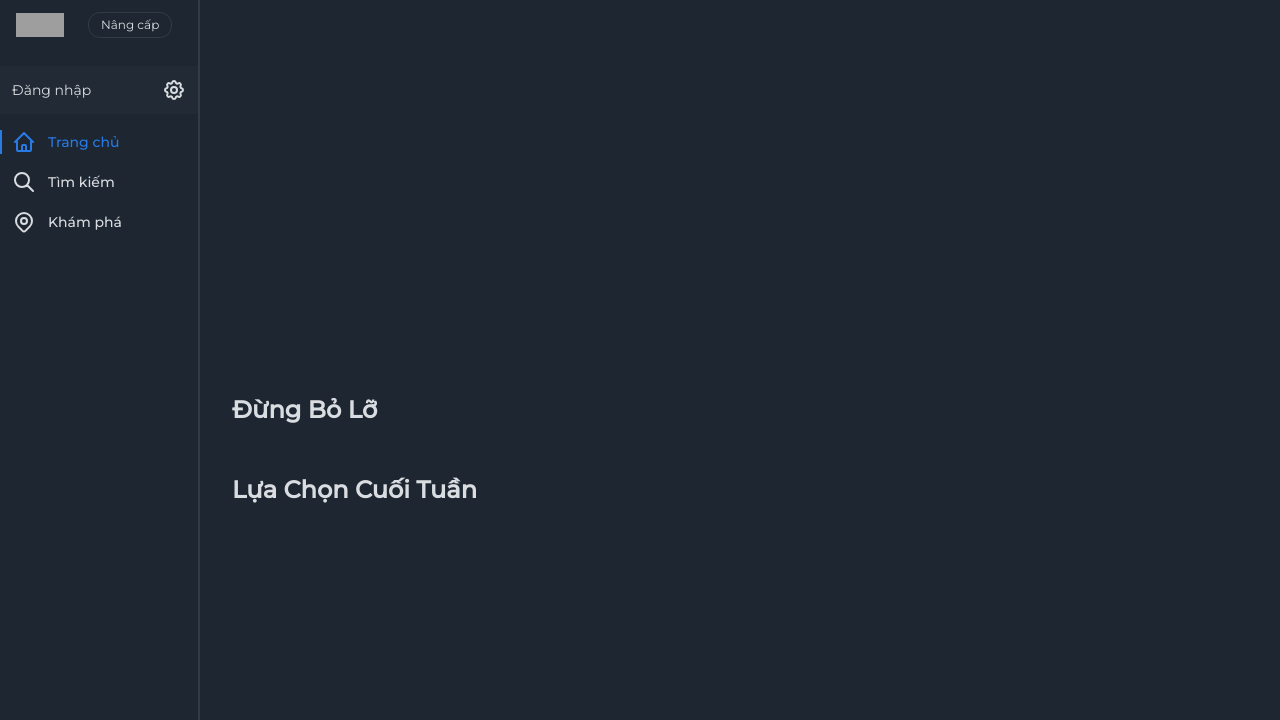
Repository: hoang0508/React-TypeScript-MP3
Page: /
These files come from the project's save history. The page is drawn as it stood at one moment and after the next save; the edit follows.
The browser window is 1280 px wide. The pictures show the whole page.
Pictures or frames that could not be fetched are drawn as grey boxes. The project was rebuilt for these pictures with package versions that can differ from the ones it lists, and the page was loaded fresh each time. Also part of the build but not shown: src/components/icon/IconDots.tsx, src/components/icon/IconDownLoad.tsx, src/components/icon/IconPlay.tsx, src/modules/music/MusicList.scss, src/modules/music/MusicItem.tsx.

Above is the page before, as saved 2022-07-30 14:59:25.

### src/index.tsx
import React from "react";
import ReactDOM from "react-dom/client";
import "./index.scss";
import App from "./App";
import reportWebVitals from "./reportWebVitals";
import { BrowserRouter } from "react-router-dom";
import { Provider } from "react-redux";
import store from "./redux/configureStore";

const root = ReactDOM.createRoot(
  document.getElementById("root") as HTMLElement
);
root.render(
  <Provider store={store}>
    <BrowserRouter>
      <App />
    </BrowserRouter>
  </Provider>
);

// If you want to start measuring performance in your app, pass a function
// to log results (for example: reportWebVitals(console.log))
// or send to an analytics endpoint. Learn more: https://bit.ly/CRA-vitals
reportWebVitals();

### src/index.scss
@import url("https://fonts.googleapis.com/css2?family=Montserrat:wght@300;400;500&display=swap");
@tailwind base;
@tailwind components;
@tailwind utilities;
@layer base {
  body {
    @apply font-primary text-sm font-normal mx-auto bg-bgColor text-text1;
    text-rendering: optimizeLegibility;
    -webkit-font-smoothing: antialiased;
    max-width: 1440px;
  }
  input {
    @apply outline-none;
  }
}

body::-webkit-scrollbar {
  width: 8px;
}

body::-webkit-scrollbar-thumb {
  background-color: #1fa2ff;
  border-radius: 8px;
}

.swiper {
  width: 100%;
  height: 100%;
}

.swiper-slide img {
  display: block;
  width: 100%;
  height: 100%;
  object-fit: cover;
}
.swiper .swiper-button-next,
.swiper-rtl .swiper-button-prev {
  right: 10px;
  left: auto;
  background-color: rgba(244, 246, 248, 0.02) !important;
  color: #fff;
  font-weight: 700;
}

.swiper .swiper-button-prev,
.swiper-rtl .swiper-button-next {
  left: 10px;
  right: auto;
  color: #fff;
  font-weight: 700;
}

.music-list .swiper-slide {
  width: 177px !important;
  height: auto;
}

### src/App.tsx
import React, { lazy, Suspense, useEffect } from "react";
import { useDispatch, useSelector } from "react-redux";
import { Route, Routes } from "react-router-dom";
import { Fetchdata } from "./redux/MusicSlice";
const HomePage = lazy(() => import("./pages/HomePage"));

function App() {
  return (
    <Suspense fallback={<></>}>
      <Routes>
        <Route path="/" element={<HomePage />}></Route>
      </Routes>
    </Suspense>
  );
}

export default App;

### src/redux/configureStore.tsx
import { configureStore, combineReducers } from "@reduxjs/toolkit";
import MusicSlice from "./MusicSlice";

const reducer = combineReducers({
  music: MusicSlice,
});

const store = configureStore({
  reducer: reducer,
  middleware: (getDefaultMiddleware) =>
    getDefaultMiddleware({
      serializableCheck: false,
    }).concat(),
});

export default store;

### src/pages/HomePage.tsx
import * as React from "react";
import { useDispatch } from "react-redux";
import Gap from "../components/common/Gap";
import HeadingLine from "../components/common/Headingline";
import { LayoutMusicPage } from "../layout/LayoutMusicPage";
import HomeBanner from "../modules/home/HomeBanner";
import MusicListFeed from "../modules/music/MusicListFeed";
import { Fetchdata } from "../redux/MusicSlice";

interface HomePageProps {}

export default function HomePage(props: HomePageProps) {
  const dispatch = useDispatch();
  React.useEffect(() => {
    dispatch(Fetchdata());
  }, [dispatch]);
  return (
    <LayoutMusicPage>
      <HomeBanner></HomeBanner>
      <HeadingLine>Đừng bỏ lỡ</HeadingLine>
      <MusicListFeed heading="miss"></MusicListFeed>
      <Gap />
      <HeadingLine>Lựa Chọn Cuối Tuần</HeadingLine>
      <MusicListFeed heading="select"></MusicListFeed>
      <Gap />
    </LayoutMusicPage>
  );
}

### src/redux/MusicSlice.tsx
import { createAsyncThunk, createSlice } from "@reduxjs/toolkit";
const {
  getHome,
  getSong,
  getPlaylists,
  //... and many other services
} = require("nhaccuatui-api-full");

export const Fetchdata: any = createAsyncThunk(
  "fetchMusic",
  async (dispatch, getState) => {
    const data = await getHome();
    return data;
  }
);

const MusicSlice = createSlice({
  name: "music",
  initialState: {
    dataMusic: {},
    isLoading: false,
    errorMessage: "",
  },
  reducers: {},
  extraReducers: (builder) => {
    // Bắt đầu thực hiện action login (Promise pending)
    builder.addCase(Fetchdata.pending, (state) => {
      // Bật trạng thái loading
      state.isLoading = true;
    });

    // Khi thực hiện action Fetchdata thành công (Promise fulfilled)
    builder.addCase(Fetchdata.fulfilled, (state, action) => {
      // Tắt trạng thái loading, lưu thông tin user vào store
      state.isLoading = false;
      state.dataMusic = action.payload;
    });

    // Khi thực hiện action Fetchdata thất bại (Promise rejected)
    builder.addCase(Fetchdata.rejected, (state, action) => {
      // Tắt trạng thái loading, lưu thông báo lỗi vào store
      state.isLoading = false;
      // state.errorMessage = action.payload.message;
    });
  },
});

export default MusicSlice.reducer;

### src/components/common/Gap.tsx
import * as React from "react";

export interface GapProps {}

export default function Gap(props: GapProps) {
  return <div className="mb-8"></div>;
}

### src/components/common/Headingline.tsx
import * as React from "react";

interface HeadingLineProps {
  children: any;
}

export default function HeadingLine({ children }: HeadingLineProps) {
  return (
    <h3 className="text-text1 text-2xl font-bold mb-4 capitalize">
      {children}
    </h3>
  );
}

### src/layout/LayoutMusicPage.tsx
import * as React from "react";
import { Sidebar } from "../modules/Menu/Sidebar/Sidebar";

interface ILayoutMusicPageprops {
  children: any;
}

export function LayoutMusicPage({ children }: ILayoutMusicPageprops) {
  return (
    <>
      <Sidebar></Sidebar>
      <div className="pl-[200px]">
        <div className="flex">
          <div className="w-[75%] py-6 px-8">{children}</div>
          <div className="w-[30%]"></div>
        </div>
      </div>
    </>
  );
}

### src/modules/home/HomeBanner.tsx
import * as React from "react";
import { useSelector } from "react-redux";
// Import Swiper React components
import { Swiper, SwiperSlide } from "swiper/react";

// Import Swiper styles
import "swiper/css";
import "swiper/css/pagination";
import "swiper/css/navigation";
import { Autoplay, Pagination, Navigation } from "swiper";
interface HomeBannerProps {
  description?: string;
  imageUrl?: string;
  key?: string;
  order?: number;
  thumbnail?: string;
  title?: string;
  url?: string;
}

export default function HomeBanner(props: HomeBannerProps) {
  const data = useSelector((state: any) => state.music.dataMusic);
  const dataBanner = data.showcase;
  return (
    <div className="min-h-[300px] mb-[70px]">
      <Swiper
        spaceBetween={30}
        centeredSlides={true}
        // autoplay={{
        //   delay: 3000,
        //   disableOnInteraction: false,
        // }}
        pagination={{
          clickable: true,
        }}
        navigation={true}
        modules={[Autoplay, Pagination, Navigation]}
        className="mySwiper"
      >
        {dataBanner &&
          dataBanner.length > 0 &&
          dataBanner.map((item: HomeBannerProps) => (
            <SwiperSlide key={item.key}>
              <img src={item.thumbnail} alt="" />
            </SwiperSlide>
          ))}
      </Swiper>
    </div>
  );
}

### src/modules/music/MusicListFeed.tsx
import * as React from "react";
import { useSelector } from "react-redux";
// Import Swiper React components
import { Swiper, SwiperSlide } from "swiper/react";
// Import Swiper styles
import "swiper/css";
import MusciItem from "./MusicItem";
import "./MusicList.scss";
import { MusicItemType } from "./index";
interface MusicListFeedProps {
  heading: string;
}

export default function MusicListFeed({ heading }: MusicListFeedProps) {
  const data = useSelector((state: any) => state.music.dataMusic);
  let dataFeed;
  switch (heading) {
    case "miss":
      dataFeed = data?.topicEvent ? data?.topicEvent[0]?.listPlaylist : null;
      break;
    case "select":
      dataFeed = data?.topicEvent ? data?.topicEvent[1]?.listPlaylist : null;
      break;
    case "fire":
      dataFeed = data?.topicEvent ? data?.topicEvent[2]?.listPlaylist : null;
      break;
    default:
      break;
  }
  console.log(dataFeed);
  return (
    <div className="music-list">
      <Swiper grabCursor spaceBetween={20} slidesPerView={"auto"}>
        {dataFeed &&
          dataFeed.length > 0 &&
          dataFeed.map((item: MusicItemType) => (
            <SwiperSlide key={item.key}>
              <MusciItem data={item}></MusciItem>
            </SwiperSlide>
          ))}
      </Swiper>
    </div>
  );
}

### src/modules/Menu/Sidebar/Sidebar.tsx
import * as React from "react";
import { Link, NavLink } from "react-router-dom";
import { Button } from "../../../components/button";
import {
  IconDiscover,
  IconHome,
  IconSearch,
  Iconsetting,
} from "../../../components/icon";
import "./Sidebar.scss";

export interface Sidebarprops {}

const SidebarLinks = [
  {
    id: 1,
    title: "Trang chủ",
    icon: <IconHome />,
    to: "/",
  },
  {
    id: 2,
    title: "Tìm kiếm",
    icon: <IconSearch />,
    to: "/timkiem",
  },
  {
    id: 3,
    title: "Khám phá",
    icon: <IconDiscover />,
    to: "/khampha",
  },
];

export function Sidebar(props: Sidebarprops) {
  const linkClass = `flex items-center gap-x-3 mb-4 relative font-medium pl-3`;
  return (
    <div className="max-w-[200px] w-full h-full fixed top-0 left-0 z-20 border-r-2 border-borderColor">
      <div className="flex items-center gap-x-6 py-3 px-4">
        <img
          src="/logo.png"
          alt="logo"
          className="w-[48px] h-[24px] object-cover"
        />
        <Button>Nâng cấp</Button>
      </div>
      <div className="flex items-center bg-bgColor2 justify-between my-4 p-3 text-sm">
        <Link to={"/"}>Đăng nhập</Link>
        <Iconsetting />
      </div>
      {SidebarLinks &&
        SidebarLinks.length > 0 &&
        SidebarLinks.map((link) => (
          <NavLink
            to={link.to}
            className={({ isActive }) =>
              isActive ? `${linkClass} link-border text-primary` : linkClass
            }
            key={link.id}
          >
            {link.icon}
            <span>{link.title}</span>
          </NavLink>
        ))}
    </div>
  );
}

### src/components/icon/index.ts
import IconDiscover from "./IconDiscover";
import IconDots from "./IconDots";
import IconDownLoad from "./IconDownLoad";
import IconHome from "./IconHome";
import IconPlay from "./IconPlay";
import IconSearch from "./IconSearch";
import Iconsetting from "./IconSetting";

export {
  Iconsetting,
  IconDiscover,
  IconHome,
  IconSearch,
  IconDownLoad,
  IconDots,
  IconPlay,
};

### src/modules/Menu/Sidebar/Sidebar.scss
.link-border {
  position: relative;
  &::before {
    content: "";
    position: absolute;
    left: 0;
    top: 0;
    width: 2px;
    height: 100%;
    background-color: #287be5;
  }
}

.home {
  &-banner {
    background: #3e5151; /* fallback for old browsers */
    background: -webkit-linear-gradient(
      to right,
      #decba4,
      #3e5151
    ); /* Chrome 10-25, Safari 5.1-6 */
    background: linear-gradient(
      to right,
      #decba4,
      #3e5151
    ); /* W3C, IE 10+/ Edge, Firefox 16+, Chrome 26+, Opera 12+, Safari 7+ */
  }
}

### src/components/button/Button.tsx
import * as React from "react";

interface Buttonprops {
  children: any;
  className?: string;
}

export default function Button({
  children,
  className = "text-xs inline-block py-1 px-3",
}: Buttonprops) {
  return (
    <button
      className={`border-borderColor rounded-xl border cursor-pointer ${className}`}
    >
      {children}
    </button>
  );
}

### src/components/icon/IconDiscover.tsx
import * as React from "react";

export interface IconDiscoverProps {}

export default function IconDiscover(props: IconDiscoverProps) {
  return (
    <svg
      xmlns="http://www.w3.org/2000/svg"
      className="h-6 w-6"
      fill="none"
      viewBox="0 0 24 24"
      stroke="currentColor"
    >
      <path
        strokeLinecap="round"
        strokeLinejoin="round"
        strokeWidth={2}
        d="M17.657 16.657L13.414 20.9a1.998 1.998 0 01-2.827 0l-4.244-4.243a8 8 0 1111.314 0z"
      />
      <path
        strokeLinecap="round"
        strokeLinejoin="round"
        strokeWidth={2}
        d="M15 11a3 3 0 11-6 0 3 3 0 016 0z"
      />
    </svg>
  );
}

### src/components/icon/IconHome.tsx
import * as React from "react";
// import styled from "styled-components";

// const IconStyleColorHome = styled.span`
//   background: linear-gradient(to top right, #287be5, #29d7ff);
// `;

export interface IconHomeProps {}

export default function IconHome(props: IconHomeProps) {
  return (
    <span>
      <svg
        xmlns="http://www.w3.org/2000/svg"
        className="h-6 w-6"
        fill="none"
        viewBox="0 0 24 24"
        stroke="#287be5"
      >
        <path
          strokeLinecap="round"
          strokeLinejoin="round"
          strokeWidth={2}
          d="M3 12l2-2m0 0l7-7 7 7M5 10v10a1 1 0 001 1h3m10-11l2 2m-2-2v10a1 1 0 01-1 1h-3m-6 0a1 1 0 001-1v-4a1 1 0 011-1h2a1 1 0 011 1v4a1 1 0 001 1m-6 0h6"
        />
      </svg>
    </span>
  );
}

### src/components/icon/IconSearch.tsx
import * as React from "react";

export interface IconSearchProps {}

export default function IconSearch(props: IconSearchProps) {
  return (
    <svg
      xmlns="http://www.w3.org/2000/svg"
      className="h-6 w-6"
      fill="none"
      viewBox="0 0 24 24"
      stroke="currentColor"
    >
      <path
        strokeLinecap="round"
        strokeLinejoin="round"
        strokeWidth={2}
        d="M21 21l-6-6m2-5a7 7 0 11-14 0 7 7 0 0114 0z"
      />
    </svg>
  );
}

### src/components/icon/IconSetting.tsx
import * as React from "react";

export interface IconsettingProps {}

export default function Iconsetting(props: IconsettingProps) {
  return (
    <svg
      xmlns="http://www.w3.org/2000/svg"
      className="h-6 w-6"
      fill="none"
      viewBox="0 0 24 24"
      stroke="currentColor"
    >
      <path
        strokeLinecap="round"
        strokeLinejoin="round"
        strokeWidth={2}
        d="M10.325 4.317c.426-1.756 2.924-1.756 3.35 0a1.724 1.724 0 002.573 1.066c1.543-.94 3.31.826 2.37 2.37a1.724 1.724 0 001.065 2.572c1.756.426 1.756 2.924 0 3.35a1.724 1.724 0 00-1.066 2.573c.94 1.543-.826 3.31-2.37 2.37a1.724 1.724 0 00-2.572 1.065c-.426 1.756-2.924 1.756-3.35 0a1.724 1.724 0 00-2.573-1.066c-1.543.94-3.31-.826-2.37-2.37a1.724 1.724 0 00-1.065-2.572c-1.756-.426-1.756-2.924 0-3.35a1.724 1.724 0 001.066-2.573c-.94-1.543.826-3.31 2.37-2.37.996.608 2.296.07 2.572-1.065z"
      />
      <path
        strokeLinecap="round"
        strokeLinejoin="round"
        strokeWidth={2}
        d="M15 12a3 3 0 11-6 0 3 3 0 016 0z"
      />
    </svg>
  );
}

### tailwind.config.js
module.exports = {
  content: ["./src/**/*.{js,jsx,ts,tsx}"],
  theme: {
    extend: {
      fontFamily: {
        primary: ["Montserrat", "sans-serif;"],
      },
      colors: {
        primary: "#287BE5",
        bgColor: "#1d2631",
        text1: "rgba(244,246,248,0.88)",
        text2: "rgba(244,246,248,0.5)",
        bgColor2: "rgba(244,246,248,0.02)",
        borderColor: "rgba(244,246,248,0.1)",
      },
    },
  },
  plugins: [],
};

Loaded but not shown: public/index.html (common file); src/reportWebVitals.ts (common file); src/components/button/index.ts (common file)

After the next save:
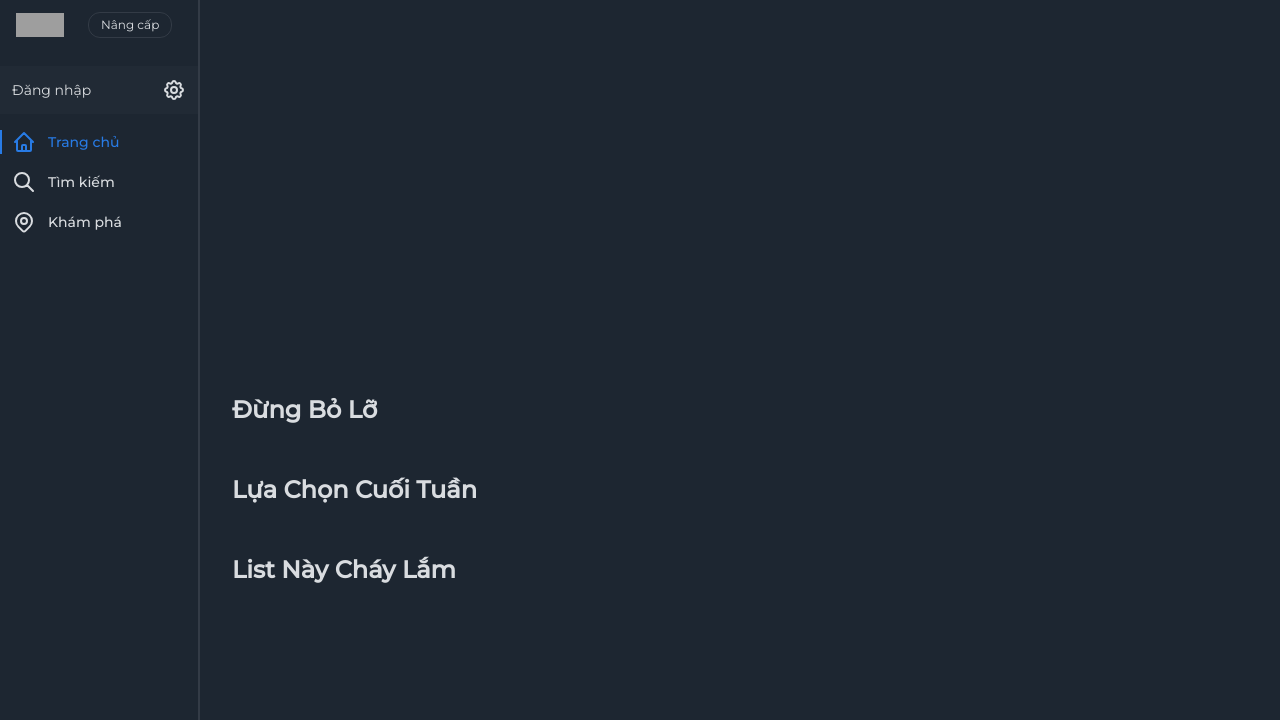
Saved 3 min 1 s later.
--- a/src/pages/HomePage.tsx
+++ b/src/pages/HomePage.tsx
@@ -23,6 +23,9 @@ export default function HomePage(props: HomePageProps) {
       <HeadingLine>Lựa Chọn Cuối Tuần</HeadingLine>
       <MusicListFeed heading="select"></MusicListFeed>
       <Gap />
+      <HeadingLine>List Này Cháy Lắm</HeadingLine>
+      <MusicListFeed heading="fire"></MusicListFeed>
+      <Gap />
     </LayoutMusicPage>
   );
 }
